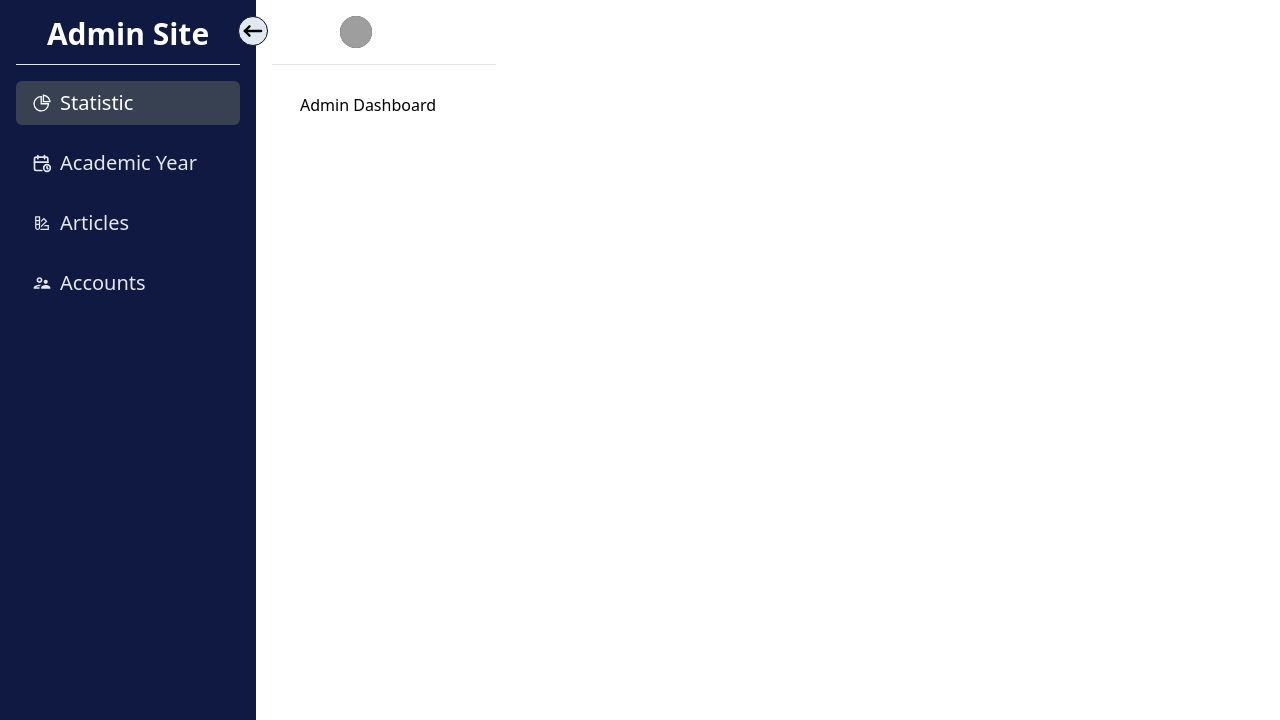
Repository: huynhvanngoan/COMP1640FE-Template
Page: /admin
An editor plug-in stored every save of this project. The page is shown before and after the next save, followed by the edit.
The browser window is 1280 px wide. The pictures show the whole page.
Pictures or frames that could not be fetched are drawn as grey boxes. The project was rebuilt for these pictures with package versions that can differ from the ones it lists, and the page was loaded fresh each time. Also part of the build but not shown: src/components/buttonStyles.js, src/pages/LoginPage.jsx, src/pages/student/StudentDashboard.jsx, src/pages/department/DepartmentDashboard.jsx, src/pages/marketing/MarketingDashboard.jsx, src/pages/guest/GuestDashboard.jsx.

Above is the page before, as saved 2024-03-24 07:43:00.

### src/index.js
import React from 'react';
import ReactDOM from 'react-dom/client';
import './index.css';
import App from './App';

const root = ReactDOM.createRoot(document.getElementById('root'));
root.render(
  <React.StrictMode>
      <App />
  </React.StrictMode>
)

### src/index.css
@import url('https://fonts.googleapis.com/css2?family=Inter:wght@100;200;300;400;500;600;700;800;900&display=swap');
@tailwind base;
@tailwind components;
@tailwind utilities;

### src/App.js
import React from 'react'
import { BrowserRouter as Router, Routes, Route, Navigate } from "react-router-dom";
import LoginPage from './pages/LoginPage';
import StudentDashboard from './pages/student/StudentDashboard';
import DepartmentDashboard from './pages/department/DepartmentDashboard';
import MarketingDashboard from './pages/marketing/MarketingDashboard';
import GuestDashboard from './pages/guest/GuestDashboard';
import Layout from './pages/admin/layout';
const App = () => {


  return (
    <Router>
        <Routes>
          <Route path="/login" element={<LoginPage/>} />

          <Route path="/admin" element={<Layout />}/>

          <Route path="/student-dashboard" element={<StudentDashboard />}/>

          <Route path="/guest-dashboard" element={<GuestDashboard />}/>

          <Route path="/department-dashboard" element={<DepartmentDashboard />}/>

          <Route path="/marketing-dashboard" element={<MarketingDashboard />}/>

          {/* <Route path='/marketing-homepage' element={<MarketingHomePage  />}/> */}

          <Route path='*' element={<Navigate to="/login" />} />

        </Routes>
    </Router>
  )
}

export default App

### src/pages/admin/layout.js
import React from 'react';
import Sidebar from './Sidebar';
import Header from './Header';
import AdminDashboard from './AdminDashboard';


export default function Layout() {
  return (
      <div className='flex'>
        <Sidebar />
        <div className='flex flex-col'>
          <Header />
          <AdminDashboard />
        </div>
      </div>
  );
}

### src/pages/admin/Sidebar.js
import React, { useState } from 'react';
import { Link } from 'react-router-dom';
import { AiOutlinePieChart } from "react-icons/ai";
import { TbCalendarTime } from "react-icons/tb";
import { LiaSwatchbookSolid } from "react-icons/lia";
import { MdOutlineSupervisorAccount } from "react-icons/md";
import { TbArrowNarrowLeft } from "react-icons/tb";
export const SidebarContent = [
  {
    icon: AiOutlinePieChart,
    heading: "Statistic"
  },
  {
    icon: TbCalendarTime,
    heading: "Academic Year"
  },
  {
    icon: LiaSwatchbookSolid,
    heading: "Articles"
  },
  {
    icon: MdOutlineSupervisorAccount,
    heading: "Accounts"
  }
]

export default function Sidebar() {
  const [selected, setSelected] = useState(0);
  const [colapse, setColapse] = useState(true);

  return (
    <div className={`left-0 top-0 h-screen bg-[#0f1941] p-4 ${colapse ? "w-64" : "w-20"} duration-300`}>
        <div className='flex flex-col'>
           <div className='relative flex h-10 justify-end'>
            {
              colapse ? (<h1 className='text-white text-3xl font-bold mx-auto '>Admin Site</h1>) : ''
            }
            <TbArrowNarrowLeft className={`text-3xl bg-slate-200 rounded-full cursor-pointer absolute -right-7 border border-[#080e24] hover:text-white ${!colapse && 'rotate-180'}`} onClick={() => setColapse(!colapse)} />
           </div>
          <ul className='my-2 border-t pt-4 w-full items-center'>
            {SidebarContent.map((item, index) => {
              return (
                <li className={selected === index  ? "mb-4 group active" : "mb-4" } key={index} onClick={() => setSelected(index)}>
                  <Link to="#" className={`flex w-full rounded-md items-center space-x-2 text-gray-200 hover:bg-[#080e24] hover:text-white group-[.active]:bg-gray-700 group-[.active]:text-white ${colapse ? 'text-xl px-4 py-2 ': 'text-3xl px-2 py-1'}`}>
                    { colapse ? (
                      <>
                        <item.icon />
                        <span>{item.heading}</span>
                      </>
                    ) : ( <item.icon />)
                    }
                  </Link>
                </li>
              )
            })}
          </ul>
        </div>
    </div>
  );
}

### src/pages/admin/Header.js
import { Disclosure, Menu, Transition } from '@headlessui/react';
import React from 'react';
import { Fragment } from 'react';
function classNames(...classes) {
  return classes.filter(Boolean).join(' ')
}

export default function Header() {
  return (
    <Disclosure as="nav" className="h-bg-gray-800 ml-4 right-0 w-7xl">
      {({ open }) => (
        <>
          <div className="mx-auto max-w-full px-2 sm:px-6 lg:px-8">
            <div className="relative flex h-16 items-center justify-between">
              <div className="absolute inset-y-0 right-0 flex items-center pr-2 sm:static sm:inset-auto sm:ml-6 sm:pr-0">
                <Menu as="div" className="relative ml-3">
                  <div>
                    <Menu.Button className="relative flex rounded-full bg-gray-800 text-sm focus:outline-none focus:ring-2 focus:ring-white focus:ring-offset-2 focus:ring-offset-gray-800">
                      <span className="absolute -inset-1.5" />
                      <span className="sr-only">Open user menu</span>
                      <img
                        className="h-8 w-8 rounded-full"
                        src="https://images.unsplash.com/photo-1472099645785-5658abf4ff4e?ixlib=rb-1.2.1&ixid=eyJhcHBfaWQiOjEyMDd9&auto=format&fit=facearea&facepad=2&w=256&h=256&q=80"
                        alt=""
                      />
                    </Menu.Button>
                  </div>
                  <Transition
                    as={Fragment}
                    enter="transition ease-out duration-100"
                    enterFrom="transform opacity-0 scale-95"
                    enterTo="transform opacity-100 scale-100"
                    leave="transition ease-in duration-75"
                    leaveFrom="transform opacity-100 scale-100"
                    leaveTo="transform opacity-0 scale-95"
                  >
                    <Menu.Items className="absolute right-0 z-10 mt-2 w-48 origin-top-right rounded-md bg-white py-1 shadow-lg ring-1 ring-black ring-opacity-5 focus:outline-none">
                      <Menu.Item>
                        {({ active }) => (
                          <a
                            href="#"
                            className={classNames(active ? 'bg-gray-100' : '', 'block px-4 py-2 text-sm text-gray-700')}
                          >
                            Your Profile
                          </a>
                        )}
                      </Menu.Item>
                      <Menu.Item>
                        {({ active }) => (
                          <a
                            href="#"
                            className={classNames(active ? 'bg-gray-100' : '', 'block px-4 py-2 text-sm text-gray-700')}
                          >
                            Settings
                          </a>
                        )}
                      </Menu.Item>
                      <Menu.Item>
                        {({ active }) => (
                          <a
                            href="#"
                            className={classNames(active ? 'bg-gray-100' : '', 'block px-4 py-2 text-sm text-gray-700')}
                          >
                            Sign out
                          </a>
                        )}
                      </Menu.Item>
                    </Menu.Items>
                  </Transition>
                </Menu>
              </div>
            </div>
          </div>
        </>
      )}
    </Disclosure>
  )
}

### src/pages/admin/AdminDashboard.js
import React from 'react'

const AdminDashboard = () => {
  return (
      <div className='p-7 mx-4 w-full border-t'>
        Admin Dashboard
      </div>
  )
}

export default AdminDashboard

### tailwind.config.js
/** @type {import('tailwindcss').Config} */
module.exports = {
  content: [
    "./src/**/*.{js,jsx,ts,tsx}",
  ],
  theme: {
    extend: {
      fontFamily: {
        "inter": ["Inter", "sans-serif"]
      }
    },
  },
  plugins: [],
}

Loaded but not shown: public/index.html (common file)

After the next save:
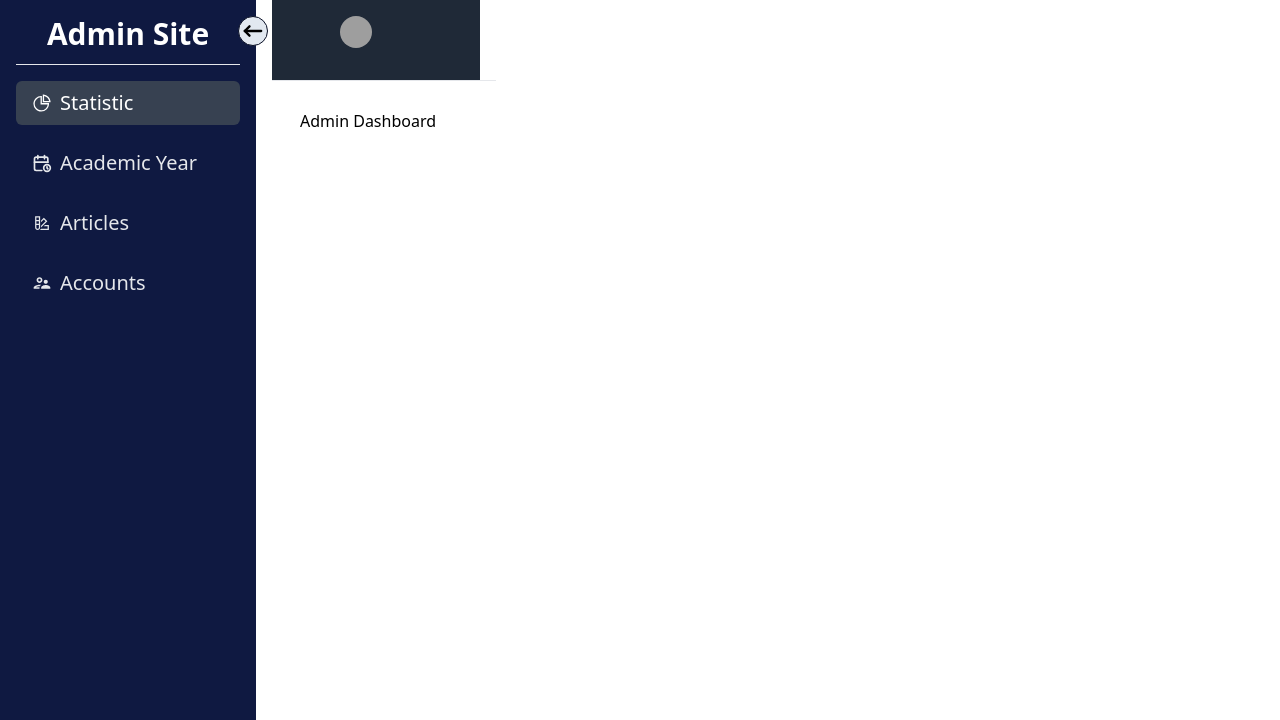
Saved 6 s later.
--- a/src/pages/admin/Header.js
+++ b/src/pages/admin/Header.js
@@ -7,7 +7,7 @@ function classNames(...classes) {
 
 export default function Header() {
   return (
-    <Disclosure as="nav" className="h-bg-gray-800 ml-4 right-0 w-7xl">
+    <Disclosure as="nav" className="h-20 bg-gray-800 ml-4 right-0 w-7xl">
       {({ open }) => (
         <>
           <div className="mx-auto max-w-full px-2 sm:px-6 lg:px-8">
